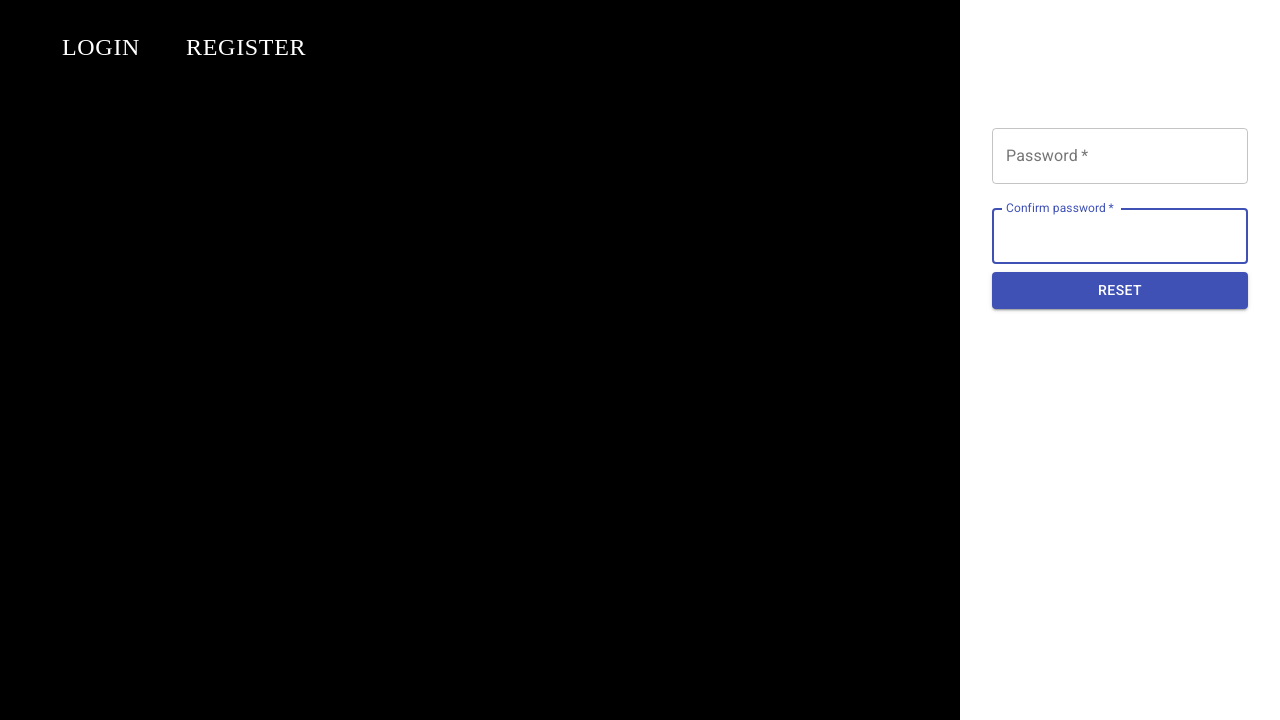
Repository: claudiuotea/FrontendAugmentator
Page: /resetpass
The author's editor kept a copy of each file at every save. The page is drawn from the files as they stood at one save, then again after the next save.
The browser window is 1280 px wide. The pictures show the whole page.
The project was rebuilt for these pictures with package versions that can differ from the ones it lists, and the page was loaded fresh each time. Also part of the build but not shown: src/Components/Login.tsx, src/Components/Register.tsx, src/Components/ForgotPassword.tsx, src/Components/VerifyAccount.tsx.

Above is the page before, as saved 2021-05-11 19:48:31.

After the next save:
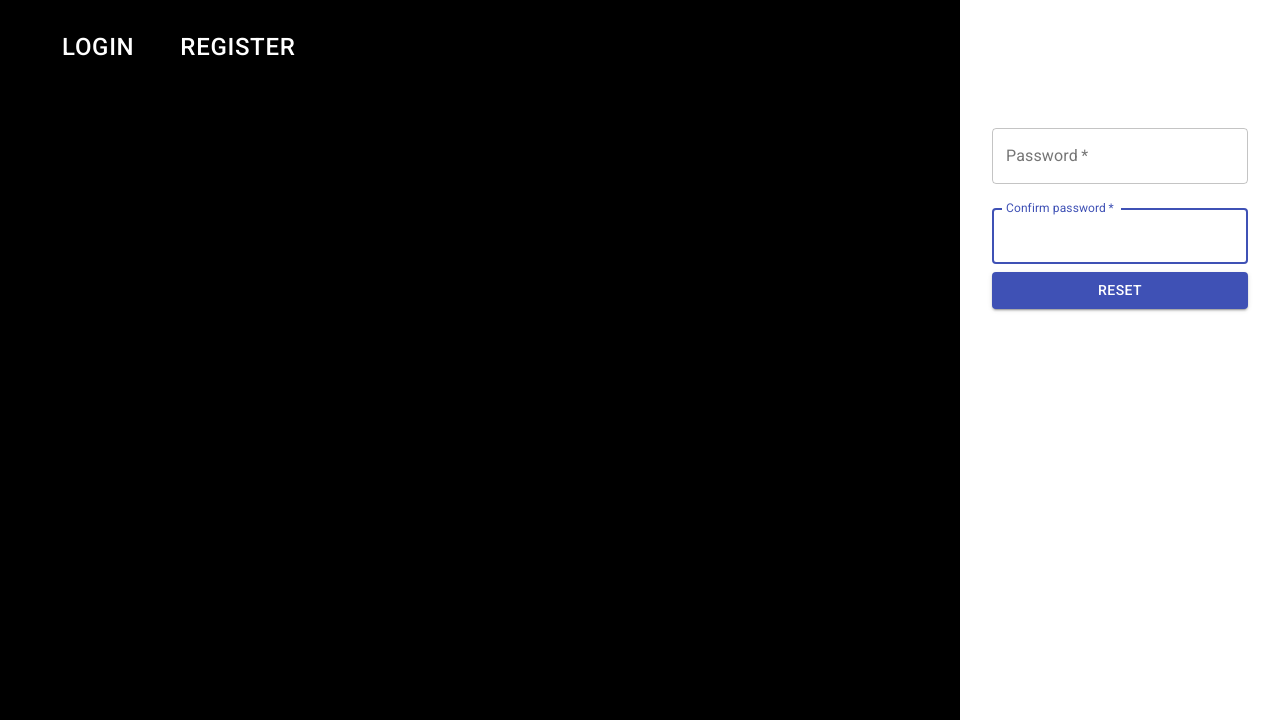
Saved 67 s later.
--- a/src/Components/NavbarNotLoggedIn.tsx
+++ b/src/Components/NavbarNotLoggedIn.tsx
@@ -12,7 +12,6 @@ const useStyles = makeStyles((theme) => ({
      flexGrow: 1,
    },
    menuButton: {
-     fontFamily: "Montserrat",
      fontSize:24,
      marginLeft: 15,
      marginRight: 15
